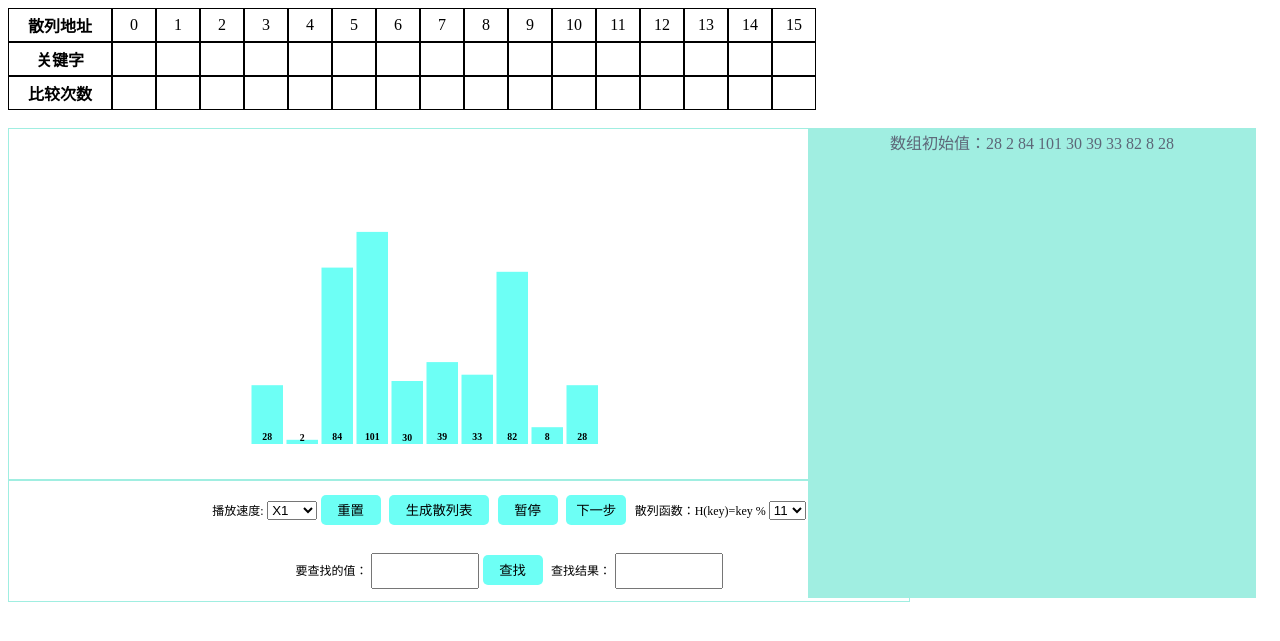
Repository: aaa615/Visualization-of-data-structure-algorithms
Page: dataStructure/WebContent/animation/search/hashSearch/hashSearch.html
An editor plug-in stored every save of this project. The page is shown before and after the next save, followed by the edit.
The browser window is 1280 px wide. The pictures show the whole page.

Above is the page before, as saved 2021-05-20 04:31:34.

After the next save:
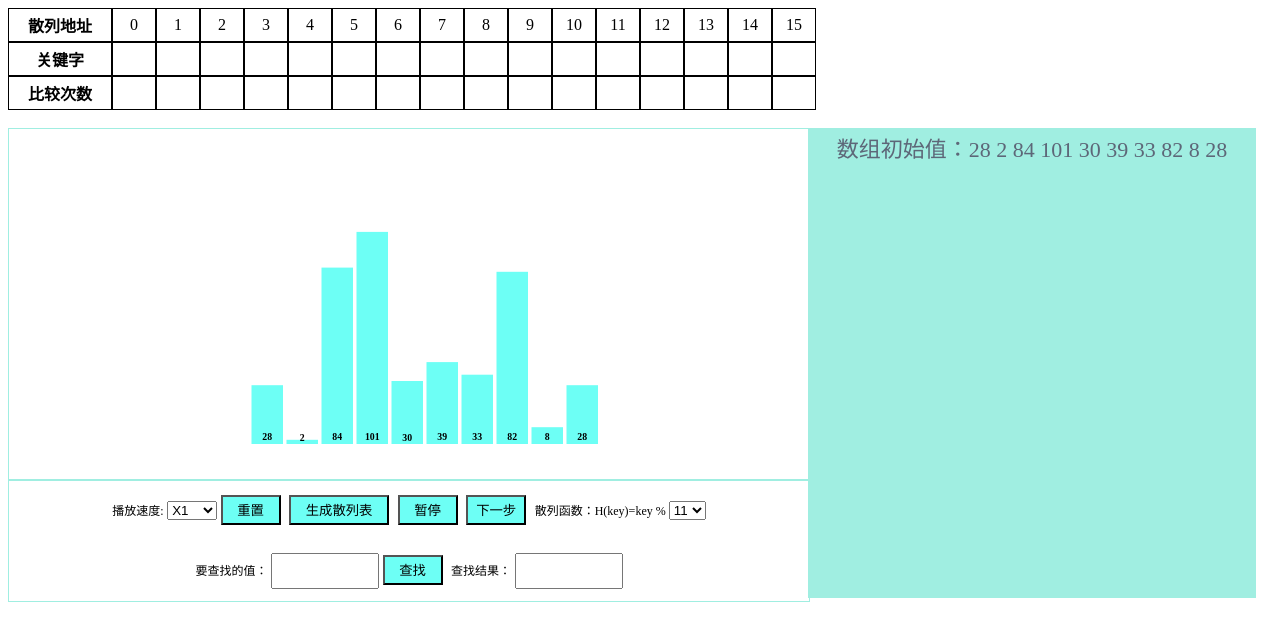
Saved 35 s later.
--- a/dataStructure/WebContent/animation/search/hashSearch/hashSearch.html
+++ b/dataStructure/WebContent/animation/search/hashSearch/hashSearch.html
@@ -3,7 +3,6 @@
 <head>
     <meta charset="UTF-8">
     <title>散列表查找</title>
-    <link rel="stylesheet" type="text/css" href="../../../css/Player.css" charset="utf-8">
     <link rel="stylesheet" type="text/css" href="hashSearch.css" charset="utf-8">
 
     <script type="text/javascript" src="hashSearch.js"></script>
